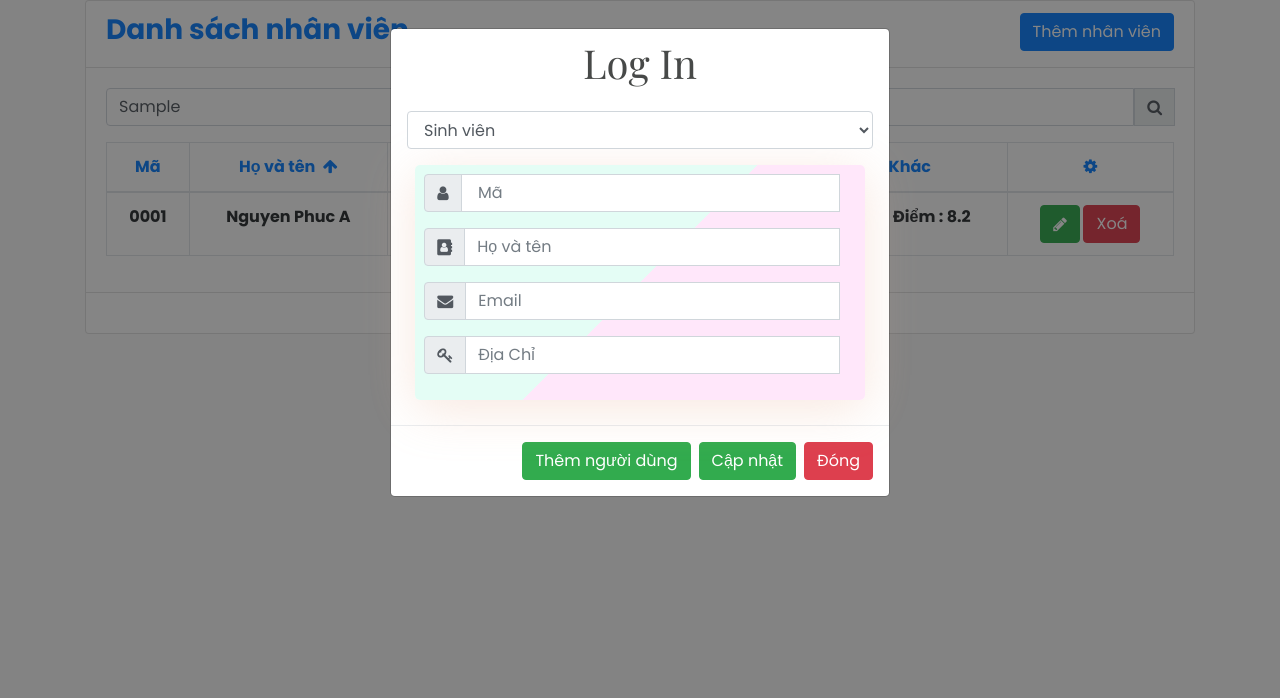
Repository: maitan0705/es6_oop
Page: index.html
These files come from the project's save history. The page is drawn as it stood at one moment and after a run of saves; the edit follows.
The browser window is 1280 px wide. The pictures show the whole page.
Empty fields were first filled with sample values (such as "Sample", 5 or name@example.com).
After loading, the first visible `button.fa` was clicked once.
Some web fonts or font styles are not loaded; a fallback is used.

Above is the page before, as saved 2023-04-12 08:36:45.
Console error: ReferenceError: personUser is not defined

### index.html
<!DOCTYPE html>
<html lang="en">

<head>
	<meta charset="UTF-8">
	<meta name="viewport" content="width=device-width, initial-scale=1.0">
	<title>Quản lý nhân viên</title>

	<!-- Font Awesome -->
	<link rel="stylesheet" href="https://cdnjs.cloudflare.com/ajax/libs/font-awesome/4.7.0/css/font-awesome.min.css">

	<!-- Bootstrap 4 -->
	<link rel="stylesheet" href="css/bootstrap.min.css">

	<!-- JQuery UI -->
	<link rel="stylesheet" href="css/jquery-ui.min.css">

	<!-- Animate -->
	<!-- <link rel="stylesheet" href="css/animate.css"> -->

	<!-- My CSS -->
	<link rel="stylesheet" href="css/modal.css">

	<link rel="stylesheet" href="css/style4.css">

	<link rel="stylesheet" type="text/css" href="css/main.css">
</head>

<body>

			<div class="container">
				<div class="card text-center">
					<!-- Header -->
					<div class="card-header myCardHeader">
						<div class="row">
							<div class="col-md-6">
								<h3 class="text-left text-primary font-weight-bold">Danh sách nhân viên</h3>
							</div>
							<div class="col-md-6 text-right">
								<button type="submit" class="btn btn-primary" id="btnThem" data-toggle="modal"
									data-target="#myModal">Thêm nhân viên</button>
							</div>
						</div>
					</div>

					<!-- Body -->
					<div class="card-body">
						<div class="row mb-3">
							<div class="col">
								<div class="input-group">
									<input type="text" class="form-control" placeholder="Loại nhân viên" id="searchName">
									<div class="input-group-prepend">
										<span class="input-group-text" id="btnTimNV"><i class="fa fa-search"></i></span>
									</div>
								</div>
							</div>
						</div>
						<table class="table table-bordered table-hover myTable">
							<thead class="text-primary">
								<tr>
									<th>Mã</th>
									<th class="nowrap">
										<span class="mr-1">Họ và tên</span>
										<i class="fa fa-arrow-up" id="SapXepTang"></i>
										<i class="fa fa-arrow-down" id="SapXepGiam"></i>
									</th>
									<th>Email</th>
									<th>Địa Chỉ</th>
									<th>Khác</th>
									<th><em class="fa fa-cog"></em></th>
								</tr>
							</thead>
							<tbody id="tableDanhSach">

							</tbody>
						</table>
					</div>

					<!-- Footer -->
					<div class="card-footer myCardFooter">
						<nav>
							<ul class="pagination justify-content-center" id="ulPhanTrang">

							</ul>
						</nav>
					</div>
				</div>
			</div>

		</div>
	</div>


	<!-- The Modal -->
	<div class="modal fade" id="myModal">
		<div class="modal-dialog">
			<div class="modal-content">

				<header class="head-form mb-0">
					<h2 id="header-title">Log In</h2>
				</header>

				<!-- Modal Header -->
				<!-- 	<div class="modal-header">
					<h4 class="modal-title" id="modal-title">Modal Heading</h4>
					<button type="button" class="close" data-dismiss="modal">&times;</button>
				</div> -->

				<!-- Modal body -->
				<div class="modal-body">
					<div class="form-group">
						<div class="input-group">
							<select class="form-control" id="doiTuong">
								<option value="student">Sinh viên</option>
								<option value="employee">Nhân viên</option>
								<option value="customer">Khách hàng</option>
							</select>
						</div>
					</div>

					<form role="form" id="myForm">
						<div class="form-group">
							<div class="input-group">
								<div class="input-group-prepend">
									<span class="input-group-text"><i class="fa fa-user"></i></span>
								</div>
								<input type="text" id="ma" class="form-control input-sm" placeholder=" Mã">
								<span class="text-success m-auto px-2" id="error-tbMa"></span>
							</div>
							<span class="sp-thongbao" id="tbMa"></span>
						</div>

						<div class="form-group">
							<div class="input-group">
								<div class="input-group-prepend">
									<span class="input-group-text"><i class="fa fa-address-book"></i></span>
								</div>
								<input type="text"  id="hoTen" class="form-control input-sm" placeholder="Họ và tên">
								<span class="text-success m-auto px-2" id="error-tbTen"></span>
							</div>
							<span class="sp-thongbao" id="tbTen"></span>
						</div>

						<div class="form-group">
							<div class="input-group ">
								<div class="input-group-prepend">
									<span class="input-group-text"><i class="fa fa-envelope"></i></span>
								</div>
								<input type="email"  id="email" class="form-control input-sm" placeholder="Email">
								<span class="text-success m-auto px-2" id="error-tbEmail"></span>
							</div>
							<span class="sp-thongbao" id="tbEmail"></span>
						</div>

						<div class="form-group">
							<div class="input-group">
								<div class="input-group-prepend">
									<span class="input-group-text"><i class="fa fa-key"></i></span>
								</div>
								<input type="text"  id="diaChi" class="form-control input-sm"
									placeholder="Địa Chỉ">
									<span class="text-success m-auto px-2" id="error-tbDiaChi"></span>
							</div>
							<span class="sp-thongbao" id="tbDiaChi"></span>
						</div>
						<div id="bodyfrom"></div>

					</form>
				</div>

				<!-- Modal footer -->
				<div class="modal-footer" id="modal-footer">
					<button id="btnThemNV" type="button" class="btn btn-success">Thêm người dùng</button>
					<button id="btnCapNhat" type="button" class="btn btn-success">Cập nhật</button>
					<button id="btnDong" type="button" class="btn btn-danger" data-dismiss="modal">Đóng</button>
				</div>

			</div>
		</div>
	</div>

	<!-- Bootstrap -->
	<script src="js/jquery.min.js"></script>
	<script type="text/javascript" src="js/jquery.easing.min.js"></script>
	<script type="text/javascript" src="js/popper.min.js"></script>
	<script type="text/javascript" src="js/bootstrap.min.js"></script>

	<!-- Date Picker -->
	<!-- <script src="js/jquery-ui.min.js"></script> -->
	<script src="./js/jquery-ui.js"></script>
	<script src="js/datepicker.js"></script>

	<!-- Wow -->
	<!-- <script src="js/wow.min.js"></script>
	<script>
		new WOW().init();
	</script>  -->

	<!-- <script src="js/modal.js"></script> -->


	<script type="text/javascript">
		$(document).ready(function () {
			$('#sidebarCollapse').on('click', function () {
				$('#sidebar').toggleClass('active');
			});
		});
	</script>
	<!-- <script src="./util/validation.js"></script> -->

	<!-- <script src="./util/nhanVien.js"></script> -->
	<script type="module" src="./controllers/index.js"></script>
</body>

</html>

### css/modal.css
/* Fonts Form Google Font ::- https://fonts.google.com/  -:: */
@import url('https://fonts.googleapis.com/css?family=Abel|Abril+Fatface|Alegreya|Arima+Madurai|Dancing+Script|Dosis|Merriweather|Oleo+Script|Overlock|PT+Serif|Pacifico|Playball|Playfair+Display|Share|Unica+One|Vibur');
/* End Fonts */
/* Start Global rules */
* {
    padding: 0;
    margin: 0;
    box-sizing: border-box;
}
/* End Global rules */

/* Start body rules */
body {
    background-image: linear-gradient(-225deg, #E3FDF5 0%, #FFE6FA 100%);
background-image: linear-gradient(to top, #a8edea 0%, #fed6e3 100%);
background-attachment: fixed;
  background-repeat: no-repeat;

    font-family: 'Vibur', cursive;
/*   the main font */
    font-family: 'Abel', sans-serif;
opacity: .95;
/* background-image: linear-gradient(to top, #d9afd9 0%, #97d9e1 100%); */
}



/* |||||||||||||||||||||||||||||||||||||||||||||*/
/* //////////////////////////////////////////// */




/* End body rules */

/* Start form  attributes */
form {
    width: 450px;
    /*min-height: 500px;*/
    height: auto;
    border-radius: 5px;
    margin: 2% auto;
    box-shadow: 0 9px 50px hsla(20, 67%, 75%, 0.31);
    padding: 2%;
    background-image: linear-gradient(-225deg, #E3FDF5 50%, #FFE6FA 50%);
}
/* form Container */
form .con {
    display: -webkit-flex;
    display: flex;

    -webkit-justify-content: space-around;
    justify-content: space-around;

    -webkit-flex-wrap: wrap;
    flex-wrap: wrap;

      margin: 0 auto;
}

/* the header form form */
header {
    margin: 2% auto 10% auto;
    text-align: center;
}
/* Login title form form */
header h2 {
    font-size: 250%;
    font-family: 'Playfair Display', serif;
    color: #3e403f;
}
/*  A welcome message or an explanation of the login form */
header p {letter-spacing: 0.05em;}



/* //////////////////////////////////////////// */
/* //////////////////////////////////////////// */


.input-item {
    background: #fff;
    color: #333;
    padding: 14.5px 0px 15px 9px;
    border-radius: 5px 0px 0px 5px;
}



/* Show/hide password Font Icon */
#eye {
    background: #fff;
    color: #333;

    margin: 5.9px 0 0 0;
    margin-left: -20px;
    padding: 15px 9px 19px 0px;
    border-radius: 0px 5px 5px 0px;

    float: right;
    position: relative;
    right: 1%;
    top: -.2%;
    z-index: 5;

    cursor: pointer;
}
/* inputs form  */
input[class="form-input"]{
    width: 240px;
    height: 50px;

    margin-top: 2%;
    padding: 15px;

    font-size: 16px;
    font-family: 'Abel', sans-serif;
    color: #5E6472;

    outline: none;
    border: none;

    border-radius: 0px 5px 5px 0px;
    transition: 0.2s linear;

}
input[id="txt-input"] {width: 250px;}
/* focus  */
input:focus {
    transform: translateX(-2px);
    border-radius: 5px;
}

/* //////////////////////////////////////////// */
/* //////////////////////////////////////////// */

/* input[type="text"] {min-width: 250px;} */
/* buttons  */

/* Submits */
.submits {
    width: 48%;
    display: inline-block;
    float: left;
    margin-left: 2%;
}

/*       Forgot Password button FAF3DD  */
.frgt-pass {background: transparent;}

/*     Sign Up button  */
.sign-up {background: #B8F2E6;}


/* buttons hover */
button:hover {
    transform: translatey(3px);
    box-shadow: none;
}

/* buttons hover Animation */
button:hover {
    animation: ani9 0.4s ease-in-out infinite alternate;
}
@keyframes ani9 {
    0% {
        transform: translateY(3px);
    }
    100% {
        transform: translateY(5px);
    }
}

### css/style4.css
/*
    DEMO STYLE
*/
@import "https://fonts.googleapis.com/css?family=Poppins:300,400,500,600,700";


body {
    font-family: 'Poppins', sans-serif;
    background: #fafafa;
}

p {
    font-family: 'Poppins', sans-serif;
    font-size: 1.1em;
    font-weight: 300;
    line-height: 1.7em;
    color: #999;
}

a, a:hover, a:focus {
    color: inherit;
    text-decoration: none;
    transition: all 0.3s;
}

.navbar {
    padding: 15px 10px;
    background: #fff;
    border: none;
    border-radius: 0;
    margin-bottom: 40px;
    box-shadow: 1px 1px 3px rgba(0, 0, 0, 0.1);
}

.navbar-btn {
    box-shadow: none;
    outline: none !important;
    border: none;
}

.line {
    width: 100%;
    height: 1px;
    border-bottom: 1px dashed #ddd;
    margin: 40px 0;
}

i, span {
    display: inline-block;
}

/* ---------------------------------------------------
    SIDEBAR STYLE
----------------------------------------------------- */
.wrapper {
    display: flex;
    align-items: stretch;
}

#sidebar {
    min-width: 250px;
    max-width: 250px;
    background: #7386D5;
    color: #fff;
    transition: all 0.3s;
}

#sidebar.active {
    min-width: 80px;
    max-width: 80px;
    text-align: center;
}

#sidebar.active .sidebar-header h3, #sidebar.active .CTAs {
    display: none;
}

#sidebar.active .sidebar-header strong {
    display: block;
}

#sidebar ul li a {
    text-align: left;
}

#sidebar.active ul li a {
    padding: 20px 10px;
    text-align: center;
    font-size: 0.85em;
}

#sidebar.active ul li a i {
    margin-right:  0;
    display: block;
    font-size: 1.8em;
    margin-bottom: 5px;
}

#sidebar.active ul ul a {
    padding: 10px !important;
}

#sidebar.active a[aria-expanded="false"]::before, #sidebar.active a[aria-expanded="true"]::before {
    top: auto;
    bottom: 5px;
    right: 50%;
    -webkit-transform: translateX(50%);
    -ms-transform: translateX(50%);
    transform: translateX(50%);
}

#sidebar .sidebar-header {
    padding: 20px;
    background: #6d7fcc;
}

#sidebar .sidebar-header strong {
    display: none;
    font-size: 1.8em;
}

#sidebar ul.components {
    padding: 20px 0;
    border-bottom: 1px solid #47748b;
}

#sidebar ul li a {
    padding: 10px;
    font-size: 1.1em;
    display: block;
}
#sidebar ul li a:hover {
    color: #7386D5;
    background: #fff;
}
#sidebar ul li a i {
    margin-right: 10px;
}

#sidebar ul li.active > a, a[aria-expanded="true"] {
    color: #fff;
    background: #6d7fcc;
}


a[data-toggle="collapse"] {
    position: relative;
}

a[aria-expanded="false"]::before, a[aria-expanded="true"]::before {
    content: '\e259';
    display: block;
    position: absolute;
    right: 20px;
    font-family: 'Glyphicons Halflings';
    font-size: 0.6em;
}
a[aria-expanded="true"]::before {
    content: '\e260';
}


ul ul a {
    font-size: 0.9em !important;
    padding-left: 30px !important;
    background: #6d7fcc;
}

ul.CTAs {
    padding: 20px;
}

ul.CTAs a {
    text-align: center;
    font-size: 0.9em !important;
    display: block;
    border-radius: 5px;
    margin-bottom: 5px;
}

a.download {
    background: #fff;
    color: #7386D5;
}

a.article, a.article:hover {
    background: #6d7fcc !important;
    color: #fff !important;
}



/* ---------------------------------------------------
    CONTENT STYLE
----------------------------------------------------- */
#content {
    padding: 20px;
    min-height: 100vh;
    transition: all 0.3s;
}


/* ---------------------------------------------------
    MEDIAQUERIES
----------------------------------------------------- */
@media (max-width: 768px) {
    #sidebar {
        min-width: 80px;
        max-width: 80px;
        text-align: center;
        margin-left: -80px !important ;
    }
    a[aria-expanded="false"]::before, a[aria-expanded="true"]::before {
        top: auto;
        bottom: 5px;
        right: 50%;
        -webkit-transform: translateX(50%);
        -ms-transform: translateX(50%);
        transform: translateX(50%);
    }
    #sidebar.active {
        margin-left: 0 !important;
    }

    #sidebar .sidebar-header h3, #sidebar .CTAs {
        display: none;
    }

    #sidebar .sidebar-header strong {
        display: block;
    }

    #sidebar ul li a {
        padding: 20px 10px;
    }

    #sidebar ul li a span {
        font-size: 0.85em;
    }
    #sidebar ul li a i {
        margin-right:  0;
        display: block;
    }

    #sidebar ul ul a {
        padding: 10px !important;
    }

    #sidebar ul li a i {
        font-size: 1.3em;
    }
    #sidebar {
        margin-left: 0;
    }
    #sidebarCollapse span {
        display: none;
    }
}
.sp-thongbao{
    font-size: 14px;
    display: block !important;
}

### controllers/index.js

import { Student, Employee, Customer } from "../models/Person.js";
import {ListPerson} from "../models/ListPerson.js";
import { renderForm } from "../util/render.js";
let listPerson = new ListPerson();


document.querySelector("#btnThem").addEventListener("click", () => {
  renderForm();
});

document.querySelector("#doiTuong").addEventListener("change", (e) => {
  let personUser = e.target.value;
  switch (personUser) {
    case "student":
      renderForm(personUser);
      break;
    case "employee":
      renderForm(personUser);
      break;
    default:
      renderForm(personUser);
  }
});
const student1 = new Student('0001', 'Nguyen Phuc A', 'HCM', 'nguyenphuc@gmail.com', '8', '7', '9.5');
listPerson.themDoiTuong(student1)
listPerson.get();

listPerson.renderTable("#tableDanhSach");

document.querySelector("#btnThemNV").onclick = () => {
  let personUser = document.querySelector("#doiTuong").value;

  switch (personUser) {
    case "student": {
      let student = new Student();
      let arrinput = document.querySelectorAll(".input-group input");
      for (let input of arrinput) {
        let { id, value } = input;
        student[id] = value;
      }
      console.log('asdsd', student)
      listPerson.themDoiTuong(student);
      listPerson.renderTable("#tableDanhSach");
      listPerson.save();
    }
    break;
    case "employee": {
      let employee = new Employee();
      let arrinput = document.querySelectorAll(".input-group input");
      for (let input of arrinput) {
        let { id, value } = input;
        employee[id] = value;
      }
      listPerson.themDoiTuong(employee);
      listPerson.renderTable("#tableDanhSach");
      listPerson.save();
    }
    break;
    case "customer": {
      let arrinput = document.querySelectorAll(".input-group input");
      let customer = new Customer();
      for (let input of arrinput) {
        let { id, value } = input;
        customer[id] = value;
      }
      listPerson.themDoiTuong(customer);
      listPerson.renderTable("#tableDanhSach");
      listPerson.save();
    }
    break;
  }
};
window.xoaDoiTuong = function (ma) {
  listPerson.deleteDT(ma)
  listPerson.renderTable("#tableDanhSach");
  listPerson.save();
};
window.suaDoiTuong =  (ma) =>{

  let info = listPerson.layThongtin(ma)
  switch (info.class) {
    case "student":
      renderForm(personUser);
      break;
    case "employee":
      renderForm(personUser);
      break;
    default:
      renderForm(personUser);
  }
  if(info){
    let arrinput = document.querySelectorAll(".input-group input");
     for (let input of arrinput) {
            let {id} = input;
            input.value = info[id]
        }
  }

}

### models/Person.js
export class Person {
    constructor(ma, hoTen, diaChi, email) {
        this.ma = ma;
        this.hoTen = hoTen;
        this.diaChi = diaChi;
        this.email = email;
    }
}

export class Student extends Person {
    constructor(ma, hoTen, diaChi, email, toan, ly, hoa) {
        super(ma, hoTen, diaChi, email);
        this.toan =toan;
        this.ly =ly;
        this.hoa =hoa;
        this.class = 'student'
    }
    tinhDiemTrungBinh() {
        const diemTrungBinh = (Number(this.toan) + Number(this.ly) + Number(this.hoa)) / 3;
        return diemTrungBinh.toFixed(1)
    }


}

export class Employee extends Person {
    constructor(ma, hoTen, diaChi, email, ngayLam, luong) {
        super(ma, hoTen, diaChi, email);
        this.ngayLam = +ngayLam;
        this.luong = +luong;
        this.class = 'employee'
    }

    tinhLuong() {
        return this.ngayLam * this.luong;
    }


}

export class Customer extends Person {
    constructor(ma, hoTen, diaChi, email, tenCongTy, hoaDon, danhGia) {
        super(ma, hoTen, diaChi, email);
        this.tenCongTy = tenCongTy;
        this.hoaDon = +hoaDon;
        this.danhGia = danhGia;
        this.class = 'customer'
    }


}

### models/ListPerson.js
import { Student, Employee, Customer } from "./Person.js";
export class ListPerson {
  danhSach = [];
  themDoiTuong(dt) {
    this.danhSach.push(dt);
  }
  renderTable(selectorTbody) {
    let htmlString = "";
    let string = "";
    for (let user of this.danhSach) {
      switch (user.class) {
        case "student":
          var person = new Student();
          Object.assign(person, user);
          string = `Tổng Điểm : ${person.tinhDiemTrungBinh()}`;
          break;
        case "employee":
          var person = new Employee();
          Object.assign(person, user);
          console.log(person);
          string = `Tổng Lương : ${person.tinhLuong()}`;
          break;
        case "customer":
          var person = new Customer();
          Object.assign(person, user);
          string = `-`;
          break;
      }

      htmlString += `<thead >
          <tr>
            <th>${user.ma}</th>
            <th>${user.hoTen}</th>
            <th>${user.email}</th>
            <th>${user.diaChi}</th>
            <th>${string}</th>
            <th><button class="fa fa-pencil btnEdit btn btn-success" style="pointer-event:none;"  data-toggle="modal"
            data-target="#myModal" onclick="suaDoiTuong('${user.ma}')"></button>
            <button class="btn btn-danger" onclick="xoaDoiTuong('${user.ma}')">Xoá</button>
            </th>
          </tr>
          </thead>`;
    }
    document.querySelector(selectorTbody).innerHTML = htmlString;
    return htmlString;
  }
  save() {
    localStorage.setItem("dsnv", JSON.stringify(this.danhSach));
  }
  get() {
    if (localStorage.getItem("dsnv")) {
      this.danhSach = JSON.parse(localStorage.getItem("dsnv"));
    }
  }
  deleteDT(ma) {
    let indexDel = this.danhSach.findIndex((user) => user.ma === ma);
    if (indexDel !== -1) {
      this.danhSach.splice(indexDel, 1);
    }
  }
  layThongtin(maSv) {
    for (let dt of this.danhSach) {
      if ((dt.ma = maSv)) {
        return dt;
      }
    }
  }
  update(maSv) {
    for (let dt of this.danhSach) {
      if (dt.ma === maSv.ma) {
        for (let key in dt) {
          dt[key] = maSv[key];
        }
      }
    }
  }
}

### util/render.js
  export let renderForm= (doiTuong = "student")=>{
    let htmlString;
    switch (doiTuong) {
      case "student":
        htmlString = `
      <div class="form-group">
        <div class="input-group">

          <input type="number" name="toan" id="toan" class="form-control input-sm" placeholder="Điểm toán">
          <span class="text-success m-auto px-2" id="error-tbtoan"></span>
        </div>
        <span class="sp-thongbao" id="tbtoan"></span>
      </div>
      <div class="form-group">
        <div class="input-group">

          <input type="number" name="ly" id="ly" class="form-control input-sm" placeholder="Điểm lý">
          <span class="text-success m-auto px-2" id="error-tbly"></span>
        </div>
        <span class="sp-thongbao" id="tbly"></span>
      </div>
      <div class="form-group">
        <div class="input-group">

          <input type="number" name="hoa" id="hoa" class="form-control input-sm" placeholder="Điểm hóa">
          <span class="text-success m-auto px-2" id="error-tbhoa"></span>
        </div>
        <span class="sp-thongbao" id="tbhoa"></span>
      </div>
      `;
        break;

      case "employee":
        htmlString = `
          <div class="form-group">
            <div class="input-group">
              <input type="text" id="luong" class="form-control input-sm" placeholder="Lương theo ngày">
              <span class="text-success m-auto px-2" id="error-tbluong"></span>
            </div>
              <span class="sp-thongbao" id="tbluong"></span>
          </div>
          <div class="form-group">
            <div class="input-group">
            <input type="text" id="ngayLam" class="form-control input-sm" placeholder="Ngày làm ">
              <span class="text-success m-auto px-2" id="error-tbGioLam"></span>
            </div>
            <span class="sp-thongbao" id="tbGioLam"></span>
          </div>`;
        break;

      case "customer":
        htmlString =`<div class="form-group">
        <div class="input-group">
        <input type="text" id="tenCongTy" class="form-control input-sm" placeholder="Tên Công ty">
        <span class="text-success m-auto px-2" id="error-tbGioLam"></span>
      </div>
        </div>
        <span class="sp-thongbao" id="tbTenCongTy"></span>
    </div>

    <div class="form-group">
        <div class="input-group">
        <input type="text"  id="hoaDon" class="form-control input-sm" placeholder="Trị giá hóa đơn">
        <span class="text-success m-auto px-2" id="error-tbGioLam"></span>
      </div>
        </div>
        <span class="sp-thongbao" id="tbHoaDon"></span>
    </div>

    <div class="form-group">
        <div class="input-group">
        <input type="text"  id="danhGia" class="form-control input-sm" placeholder="Đánh giá">
        <span class="text-success m-auto px-2" id="error-tbGioLam"></span>
      </div>
        </div>
        <span class="sp-thongbao" id="tbDanhGia"></span>
    </div>
    `;
        break;
    }
    document.querySelector("#bodyfrom").innerHTML = htmlString;
  }

Loaded but not shown: css/bootstrap.min.css (library); css/jquery-ui.min.css (library); css/main.css (common file); js/jquery.min.js (library); js/jquery.easing.min.js (common file); js/popper.min.js (library); js/bootstrap.min.js (library); js/jquery-ui.js (library); js/datepicker.js (common file)

After the next 3 saves:
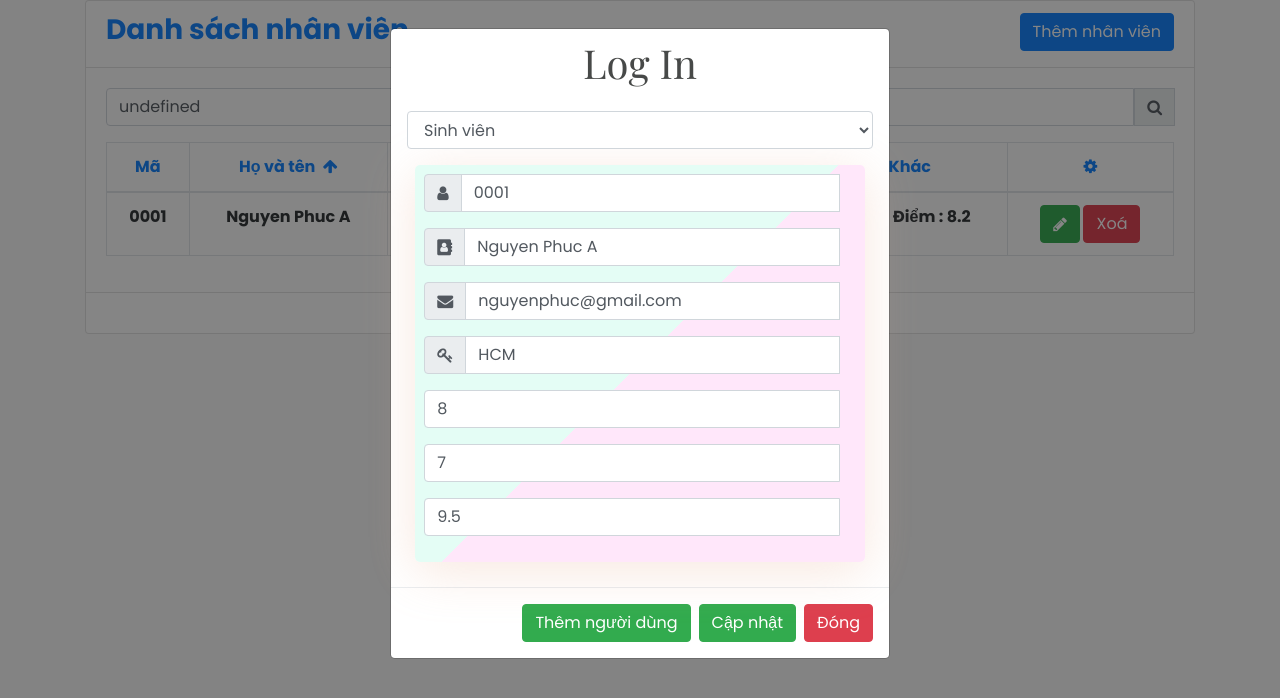
The error is gone.
The 3 saves are shown as one change because they came seconds apart.
The last was saved 3 min 1 s later.
--- a/controllers/index.js
+++ b/controllers/index.js
@@ -81,13 +81,13 @@ window.suaDoiTuong =  (ma) =>{
   let info = listPerson.layThongtin(ma)
   switch (info.class) {
     case "student":
-      renderForm(personUser);
+      renderForm(info.class);
       break;
     case "employee":
-      renderForm(personUser);
+      renderForm(info.class);
       break;
     default:
-      renderForm(personUser);
+      renderForm(info.class);
   }
   if(info){
     let arrinput = document.querySelectorAll(".input-group input");
